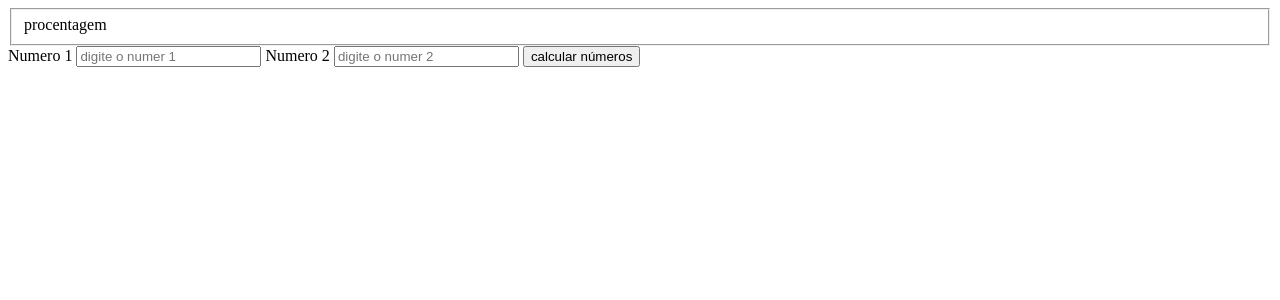
Repository: waanvieira/f21-jdbc-f21-jdbc-exer
Page: curso_java_web1/src/main/webapp/exercicio1.html
These files come from the project's save history. The page is drawn as it stood at one moment and after the next save; the edit follows.
The browser window is 1280 px wide. The pictures show the whole page.

Above is the page before, as saved 2019-02-18 19:07:02.

After the next save:
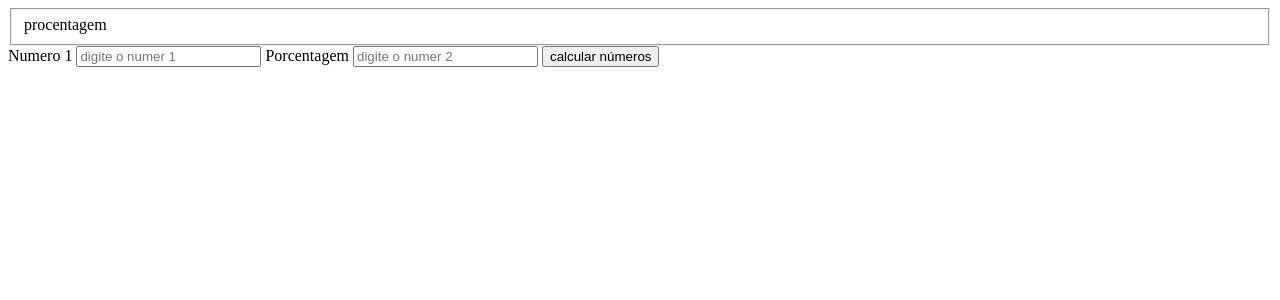
Saved 19 s later.
--- a/curso_java_web1/src/main/webapp/exercicio1.html
+++ b/curso_java_web1/src/main/webapp/exercicio1.html
@@ -8,9 +8,9 @@
 <body>
 <fieldset>procentagem</fieldset>
 	<label>Numero 1</label>
-	<input type=text name=n1 = id=n1 placeholder="digite o numer 1">
-	<label>Numero 2</label>
-	<input type=text name=n2 = id=n2 placeholder="digite o numer 2">
+	<input type=text name=v1 = id=v1 placeholder="digite o numer 1">
+	<label>Porcentagem</label>
+	<input type=text name=p = id=p placeholder="digite o numer 2">
 	<input type=submit onclick="calcular();" value="calcular números">
 
 
